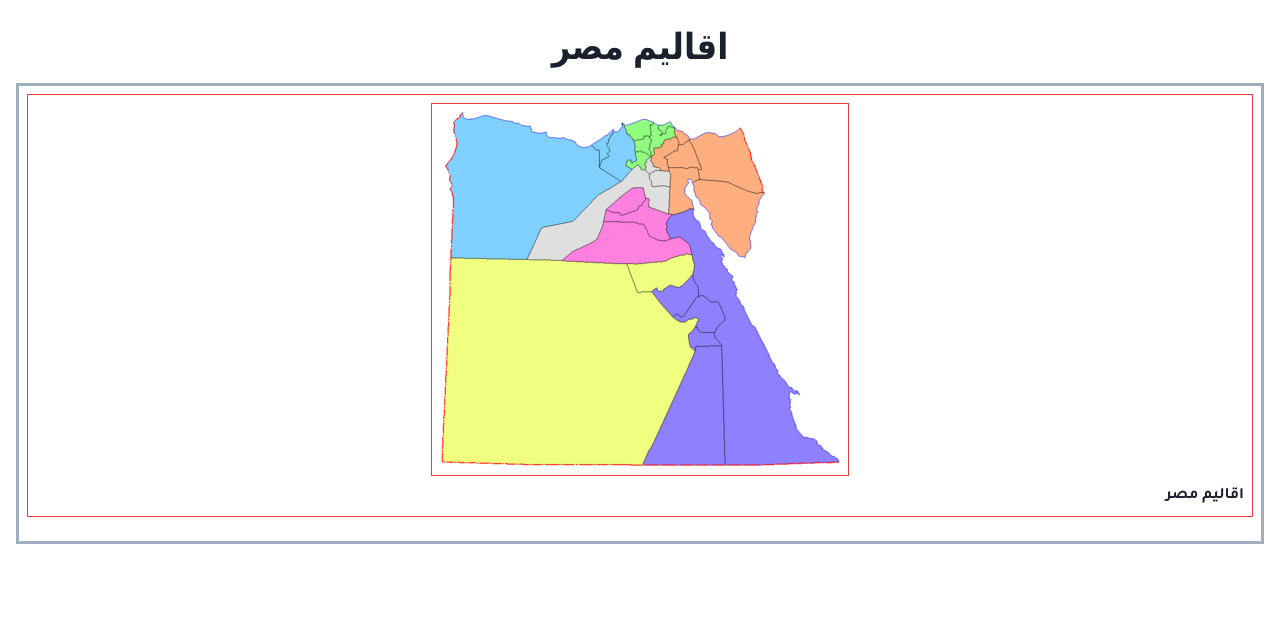
Repository: ahmed-mohamed-eng/egypt-gov-map
Page: /
The author's editor kept a copy of each file at every save. The page is drawn from the files as they stood at one save, then again after the next save.
The browser window is 1280 px wide. The pictures show the whole page.
Some web fonts or font styles are not loaded; a fallback is used. The project was rebuilt for these pictures with package versions that can differ from the ones it lists, and the page was loaded fresh each time. The framework's server and built-in components were replaced by stand-ins that run in the browser. Also part of the build but not shown: next.config.js.

Above is the page before, as saved 2022-05-28 16:35:20.

### pages/_app.tsx
import "../styles/globals.css";

import type { AppProps } from "next/app";

import { ChakraProvider, extendTheme } from "@chakra-ui/react";

const theme = extendTheme({
  fonts: {
    heading: `"Aref Ruqaa" ,'Segoe UI', Tahoma, Geneva, Verdana, sans-serif`,
  }
});

function MyApp({ Component, pageProps }: AppProps) {
  return (
    <ChakraProvider theme={theme}>
      <Component {...pageProps} />
    </ChakraProvider>
  );
}

export default MyApp;

### pages/_document.tsx
import Document, {
  Html,
  Head,
  Main,
  NextScript,
  DocumentContext,
} from "next/document";

class MyDocument extends Document {
  static async getInitialProps(ctx: DocumentContext) {
    const initialProps = await Document.getInitialProps(ctx);
    return { ...initialProps };
  }

  render() {
    return (
      <Html dir="rtl" lang="ar">
        <Head />
        <body>
          <Main />
          <NextScript />
        </body>
      </Html>
    );
  }
}

export default MyDocument;

### pages/index.tsx
import type { NextPage } from "next";

// Custom Components
import Header from "../components/Header";
import PageContainer from "../components/PageContainer";
import MainContentArea from "../components/MainContentArea";

const Home: NextPage = () => {
  return (
    <PageContainer>
      <Header headerTitle="اقاليم مصر" />
      <MainContentArea />
    </PageContainer>
  );
};

export default Home;

### styles/globals.css
@import url("https://fonts.googleapis.com/css2?family=Amiri:ital,wght@0,700;1,400;1,700&family=Aref+Ruqaa:wght@400;700&family=Tajawal:wght@300;400;500;700;800;900&display=swap");

@tailwind base;
@tailwind components;
@tailwind utilities;

html,
body {
  padding: 0;
  margin: 0;
  font-family: -apple-system, BlinkMacSystemFont, Segoe UI, Roboto, Oxygen,
    Ubuntu, Cantarell, Fira Sans, Droid Sans, Helvetica Neue, sans-serif;
}

a {
  color: inherit;
  text-decoration: none;
}

* {
  box-sizing: border-box;
  font-family: "Tajawal", "Aref Ruqaa", "Segoe UI", Tahoma, Geneva, Verdana,
    sans-serif;
}

### components/Header/index.tsx
export { Header as default } from "./Header";

### components/PageContainer/index.tsx
export { PageContainer as default } from "./PageContainer";

### components/MainContentArea/index.tsx
export { MainContentArea as default } from "./MainContentArea";

### components/Header/Header.tsx
import { Flex, Heading } from "@chakra-ui/react";

export interface HeaderProps {
  headerTitle: string;
}

export const Header = (props: HeaderProps) => {
  return (
    <Flex
      as="header"
      justifyContent="center"
      alignItems="center"
      fontSize="1.5rem"
      fontFamily="arabic"
    >
      <Heading as="h1">{props.headerTitle}</Heading>
    </Flex>
  );
};

### components/PageContainer/PageContainer.tsx
import { VStack } from "@chakra-ui/react"

export const PageContainer = (props: any) => {
  return (
    <VStack py="1.5rem" px="1rem" spacing="1rem">
        {props.children}
    </VStack>
  )
}

### components/MainContentArea/MainContentArea.tsx
import { VStack } from "@chakra-ui/react";

// Custom Components.
import MapArea from "./MapArea";
import QuickNavigationArea from "./QuickNavigationArea";

export const MainContentArea = () => {
  return (
    <VStack
      as="main"
      w="full"
      p="0.5rem"
      spacing="1rem"
      borderWidth="medium"
      borderColor="gray.400"
    >
      <MapArea />
      <QuickNavigationArea />
    </VStack>
  );
};

### components/MainContentArea/MapArea/index.tsx
export { MapArea as default } from "./MapArea";

### components/MainContentArea/QuickNavigationArea/index.tsx
export { QuickNavigationArea as default } from "./QuickNavigationArea";

### components/MainContentArea/MapArea/MapArea.tsx
import { VStack } from "@chakra-ui/react";

// Custom Components.
import MapImage from "./MapImage";
import MapInfoDisplayedLinks from "./MapInfoDisplayedLinks";

export const MapArea = () => {
  return (
    <VStack
      borderWidth="thin"
      borderColor="red.500"
      p="0.5rem"
      w="full"
      spacing="0.5rem"
    >
      <MapImage />
      <MapInfoDisplayedLinks
        breadcrumbItems={[
          {
            text: "اقاليم مصر",
            url: "#",
          },
        ]}
      />
    </VStack>
  );
};

### components/MainContentArea/QuickNavigationArea/QuickNavigationArea.tsx
import { Flex, Heading } from "@chakra-ui/react";

export const QuickNavigationArea = () => {
  return (
    <Flex w="full" px="0.25rem">
      <Heading w="full" bg="red.500"></Heading>
    </Flex>
  );
};

### components/MainContentArea/MapArea/MapImage/index.tsx
export { MapImage as default } from "./MapImage";

### components/MainContentArea/MapArea/MapInfoDisplayedLinks/index.tsx
export { MapInfoDisplayedLinks as default } from "./MapInfoDisplayedLinks";

### components/MainContentArea/MapArea/MapImage/MapImage.tsx
import React from "react";

import { Flex, Image } from "@chakra-ui/react";

// Images Sources.
import mapImage from "../../../../images/Egypt_Provinces.webp";

export const MapImage = () => {
  return (
    <Flex borderWidth="thin" borderColor="red.500" p="0.5rem">
      <Image mixBlendMode="multiply" src={mapImage.src} alt="Egypt Province Map" />
    </Flex>
  );
};

### components/MainContentArea/MapArea/MapInfoDisplayedLinks/MapInfoDisplayedLinks.tsx
import { v4 as uuidV4 } from "uuid";

import { Breadcrumb, BreadcrumbItem, BreadcrumbLink } from "@chakra-ui/react";

export type BreadcrumbElement = {
  url: string;
  text: string;
};

export interface MapInfoDisplayedLinksProps {
  breadcrumbItems: Array<BreadcrumbElement>;
}

export const MapInfoDisplayedLinks = (props: MapInfoDisplayedLinksProps) => {
  const breadcrumbItems = props.breadcrumbItems.map((item) => {
    return (
      <BreadcrumbItem key={uuidV4()}>
        <BreadcrumbLink fontWeight="600" href={item.url}>
          {item.text}
        </BreadcrumbLink>
      </BreadcrumbItem>
    );
  });

  return <Breadcrumb w="full">{breadcrumbItems}</Breadcrumb>;
};

Loaded but not shown: tailwind.config.js (common file)

After the next save:
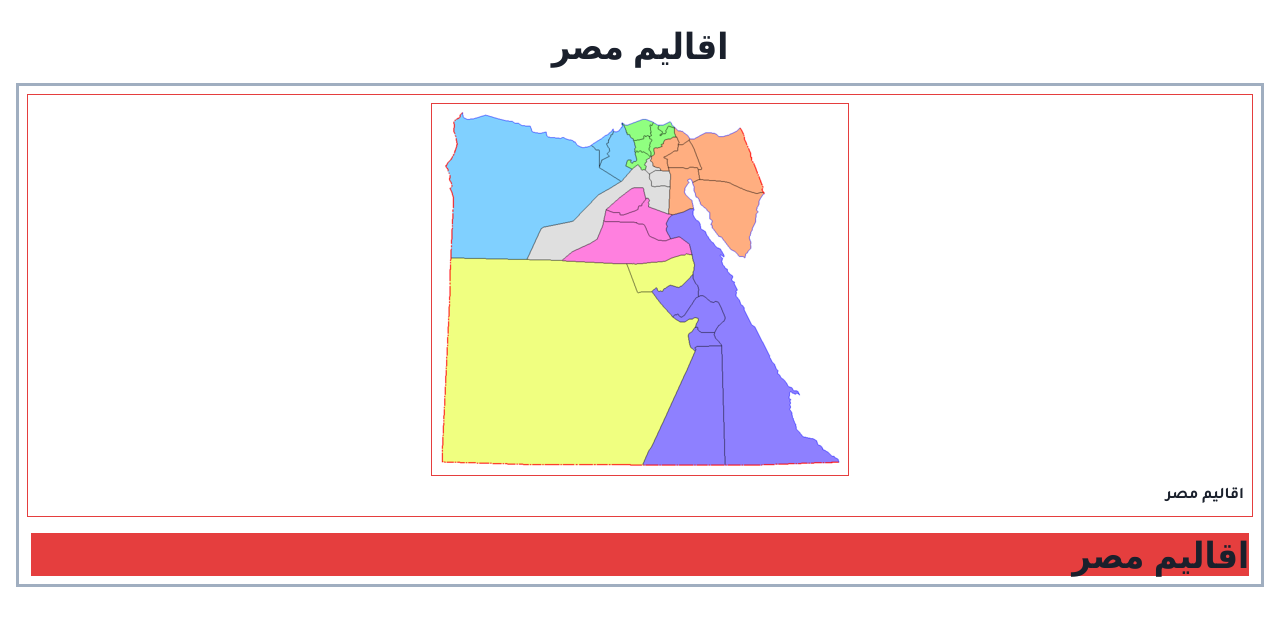
Saved 28 s later.
--- a/components/MainContentArea/QuickNavigationArea/QuickNavigationArea.tsx
+++ b/components/MainContentArea/QuickNavigationArea/QuickNavigationArea.tsx
@@ -3,7 +3,7 @@ import { Flex, Heading } from "@chakra-ui/react";
 export const QuickNavigationArea = () => {
   return (
     <Flex w="full" px="0.25rem">
-      <Heading w="full" bg="red.500"></Heading>
+      <Heading w="full" bg="red.500">اقاليم مصر</Heading>
     </Flex>
   );
 };
